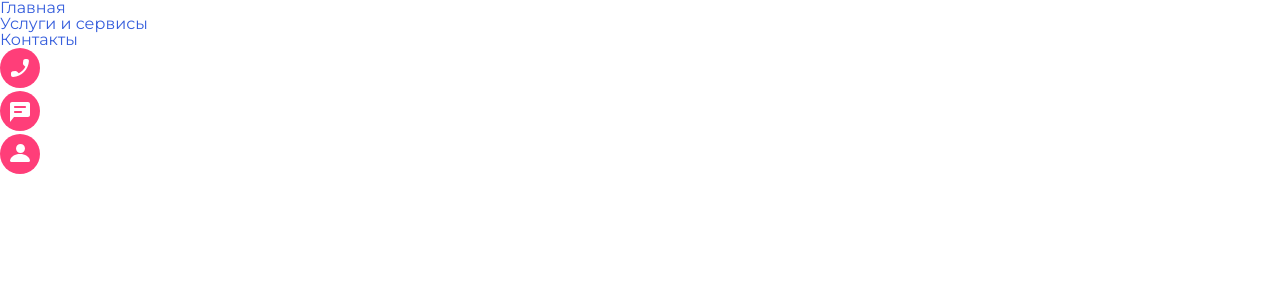
Repository: sem1103/bem
Page: index.html
An editor plug-in stored every save of this project. The page is shown before and after the next save, followed by the edit.
The browser window is 1280 px wide. The pictures show the whole page.

Above is the page before, as saved 2023-12-27 09:35:32.

### index.html
<!DOCTYPE html>
<html lang="en">
<head>
    <meta charset="UTF-8">
    <meta name="viewport" content="width=device-width, initial-scale=1.0">
    <title>CPS</title>
    <link rel="stylesheet" href="styles/reset.css">
    <link rel="stylesheet" href="styles/main.css">
</head>
<body>
    <div id="page">
        <header>
            <nav>
                <div class="burger-menu">
                    <div class="burger-menu__btn">

                    </div>
                    <ul class="burger-menu__list">
                        <li><a href="">Главная</a></li>
                        <li><a href="">Услуги и сервисы</a></li>
                        <li><a href="">Контакты</a></li>
                        <li><a href="">
                            <svg xmlns="http://www.w3.org/2000/svg" width="40" height="40" viewBox="0 0 40 40" fill="none">
                                <rect width="40" height="40" rx="20" fill="#FF3E79"/>
                                <path fill-rule="evenodd" clip-rule="evenodd" d="M12.7602 23.25L15.3002 22.96C15.9102 22.89 16.5102 23.1 16.9402 23.53L18.7802 25.37C21.6102 23.93 23.9302 21.62 25.3702 18.78L23.5202 16.93C23.0902 16.5 22.8802 15.9 22.9502 15.29L23.2402 12.77C23.3602 11.76 24.2102 11 25.2302 11H26.9602C28.0902 11 29.0302 11.94 28.9602 13.07C28.4302 21.61 21.6002 28.43 13.0702 28.96C11.9402 29.03 11.0002 28.09 11.0002 26.96V25.23C10.9902 24.22 11.7502 23.37 12.7602 23.25Z" fill="white"/>
                              </svg>
                        </a></li>
                        <li><a href="">
                            <svg xmlns="http://www.w3.org/2000/svg" width="40" height="40" viewBox="0 0 40 40" fill="none">
                                <rect width="40" height="40" rx="20" fill="#FF3E79"/>
                                <path fill-rule="evenodd" clip-rule="evenodd" d="M28 11H12C10.9 11 10.01 11.9 10.01 13L10 31L14 26H28C29.1 26 30 25.1 30 24V13C30 11.9 29.1 11 28 11ZM21 22H15C14.45 22 14 21.55 14 21C14 20.45 14.45 20 15 20H21C21.55 20 22 20.45 22 21C22 21.55 21.55 22 21 22ZM25 17H15C14.45 17 14 16.55 14 16C14 15.45 14.45 15 15 15H25C25.55 15 26 15.45 26 16C26 16.55 25.55 17 25 17Z" fill="white"/>
                                <mask id="mask0_0_1880" style="mask-type:luminance" maskUnits="userSpaceOnUse" x="10" y="11" width="20" height="20">
                                  <path fill-rule="evenodd" clip-rule="evenodd" d="M28 11H12C10.9 11 10.01 11.9 10.01 13L10 31L14 26H28C29.1 26 30 25.1 30 24V13C30 11.9 29.1 11 28 11ZM21 22H15C14.45 22 14 21.55 14 21C14 20.45 14.45 20 15 20H21C21.55 20 22 20.45 22 21C22 21.55 21.55 22 21 22ZM25 17H15C14.45 17 14 16.55 14 16C14 15.45 14.45 15 15 15H25C25.55 15 26 15.45 26 16C26 16.55 25.55 17 25 17Z" fill="white"/>
                                </mask>
                                <g mask="url(#mask0_0_1880)">
                                </g>
                              </svg>
                        </a></li>
                        <li><a href="">
                            <svg xmlns="http://www.w3.org/2000/svg" width="40" height="40" viewBox="0 0 40 40" fill="none">
                                <rect width="40" height="40" rx="20" fill="#FF3E79"/>
                                <path d="M20.5 19C22.9853 19 25 16.9853 25 14.5C25 12.0147 22.9853 10 20.5 10C18.0147 10 16 12.0147 16 14.5C16 16.9853 18.0147 19 20.5 19Z" fill="white"/>
                                <path d="M10.0166 26.6118C9.88693 27.3412 10.5352 28 11.339 28H28.6604C29.4902 28 30.1125 27.3412 29.9829 26.6118C29.2309 22.4 25.0561 20 19.9997 20C14.9433 20 10.7686 22.4 10.0166 26.6118Z" fill="white"/>
                              </svg>
                        </a></li>
                    </ul>
                </div>
            </nav>
        </header>

        <main>

        </main>

        <footer></footer>
    </div>
</body>
</html>

### styles/reset.css
@import url('https://fonts.googleapis.com/css2?family=Montserrat:wght@100;300;400;600;700&display=swap');
:root{
    --green: #57aa32;
    --gray: #2e2d2c;
}
html{
    scroll-behavior: smooth;
}
html,
body,
div,
span,
applet,
object,
iframe,
h1,
h2,
h3,
h4,
h5,
h6,
p,
blockquote,
pre,
a,
abbr,
acronym,
address,
big,
cite,
code,
del,
dfn,
em,
img,
ins,
kbd,
q,
s,
samp,
small,
strike,
strong,
sub,
sup,
tt,
var,
b,
u,
i,
center,
dl,
dt,
dd,
ol,
ul,
li,
fieldset,
form,
label,
legend,
table,
caption,
tbody,
tfoot,
thead,
tr,
th,
td,
article,
aside,
canvas,
details,
embed,
figure,
figcaption,
footer,
header,
hgroup,
menu,
nav,
output,
ruby,
section,
summary,
time,
mark,
audio,
video {
    margin: 0;
    padding: 0;
    border: 0;
    font-size: 100%;
    font: inherit;
    vertical-align: baseline
}

article,
aside,
details,
figcaption,
figure,
footer,
header,
hgroup,
menu,
nav,
section {
    display: block
}

body {
    line-height: 1;
    font-family: Montserrat, Arial, Helvetica, sans-serif;
}

ol,
ul {
    list-style: none
}

blockquote,
q {
    quotes: none
}

blockquote:before,
blockquote:after,
q:before,
q:after {
    content: '';
    content: none
}

table {
    border-collapse: collapse;
    border-spacing: 0
}

a {
    text-decoration: none;
    color: #365edc;
    transition: all .3s ease-in-out
}

a:hover {
    color: #365edc;
}

* {
    box-sizing: border-box
}




.active__menu{
    opacity: .7;
    color: var(--gray);
}
#page{
    min-height: 100vh;
}

.container{
    max-width: 1160px;
    margin: auto;
    padding: 0 15px;
}
main img{
    width: 100%;
    height: auto;
}

### styles/main.css
.container{
    max-width: 1120px;
    margin: 0 auto;
}

After the next save:
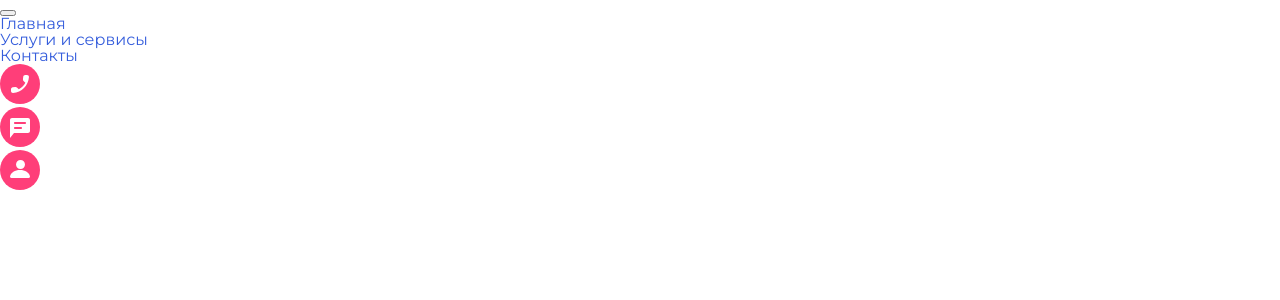
Saved 8 s later.
--- a/index.html
+++ b/index.html
@@ -12,9 +12,9 @@
         <header>
             <nav>
                 <div class="burger-menu">
-                    <div class="burger-menu__btn">
+                    <button class="burger-menu__btn">
 
-                    </div>
+                    </button>
                     <ul class="burger-menu__list">
                         <li><a href="">Главная</a></li>
                         <li><a href="">Услуги и сервисы</a></li>
